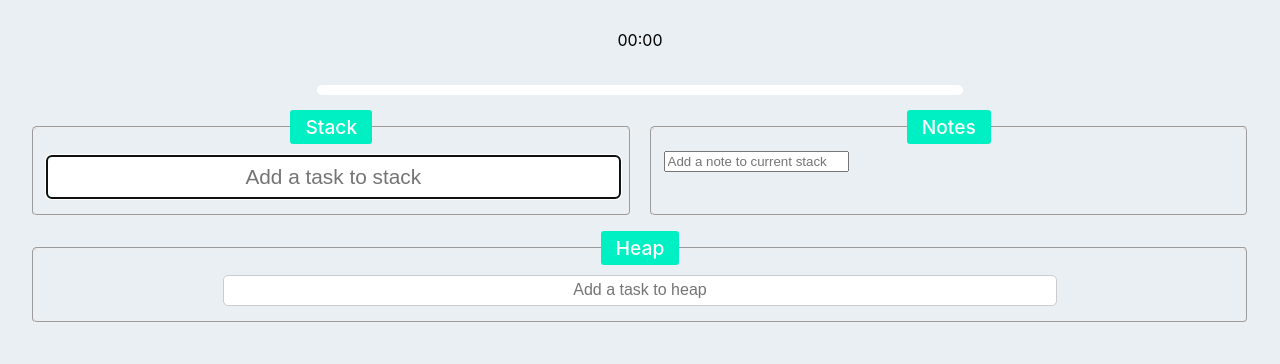
Repository: litalsh/Meeting-Managment-App
Page: /
The author's editor kept a copy of each file at every save. The page is drawn from the files as they stood at one save, then again after the next save.
The browser window is 1280 px wide. The pictures show the whole page.
The project was rebuilt for these pictures with package versions that can differ from the ones it lists, and the page was loaded fresh each time. Also part of the build but not shown: src/components/Task/Task.css, src/components/Task/Task.js, src/components/Notes/Note.js.

Above is the page before, as saved 2021-01-11 12:46:24.

After the next save:
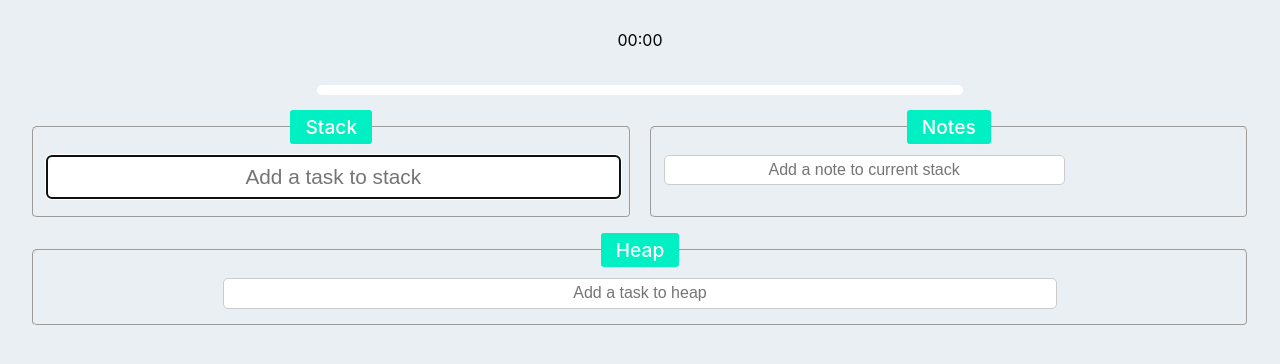
Saved 2 s later.
--- a/src/components/Notes/Notes.css
+++ b/src/components/Notes/Notes.css
@@ -3,5 +3,13 @@
 }
 
 .notes-input {
-
+  border: 1px solid #ccc;
+  width: 70%;
+  line-height: 1.8em;
+  margin: 5px auto;
+  position: relative;
+  text-align: center;
+  border-radius: 5px;
+  font-size: 1rem;
+  padding: 0;
 }
